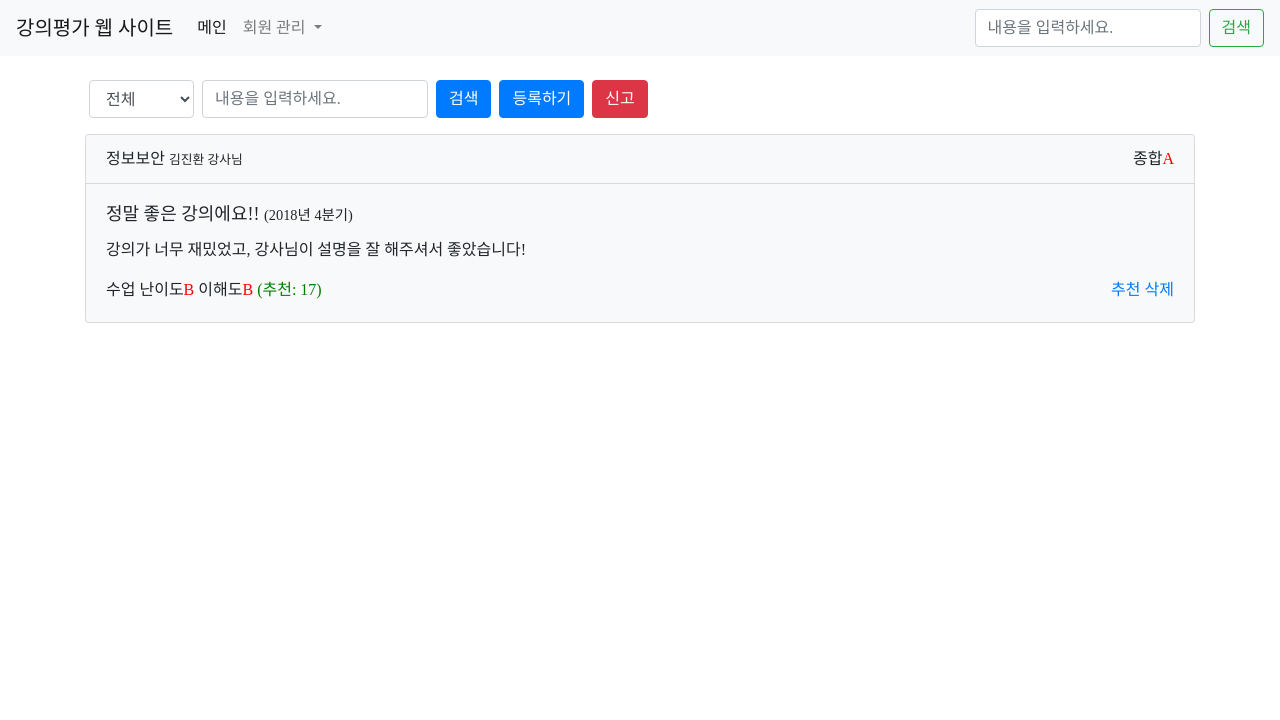
Repository: cldud5221/thdcldud
Page: http://localhost/info/
An editor plug-in stored every save of this project. The page is shown before and after the next save, followed by the edit.
The browser window is 1280 px wide. The pictures show the whole page.
Some web fonts or font styles are not loaded; a fallback is used. The page is served by Tomcat 9. Other server files are loaded and not shown.

Above is the page before, as saved 2019-07-09 11:23:24.

### info/WebContent/index.jsp
<%@ page language="java" contentType="text/html; charset=UTF-8" pageEncoding="UTF-8"%>
<!DOCTYPE html>
<html>
<head>
	<meta http-equiv="Content-Type" content="text/html; charset=UTF-8">
	<meta name="viewport" content="width=device-width, initial-scale=1, shrink-to-fit=no">
	<title> 강의 평가 웹 사이트   </title>
	<!-- 부트스트랩 CSS 추가하기 -->
	<link rel="stylesheet" href="./css/bootstrap.min.css">
	<!-- 커스텀 CSS 추가하기 -->
	<link rel="stylesheet" href="./css/custom.css">
</head>
<body>
	<nav class="navbar navbar-expand-lg navbar-light bg-light">
		<a class="navbar-brand" href="index.jsp"> 강의평가 웹 사이트</a>
		<button class="navbar-toggler" type="button" data-toggle="collapse" data-target="#navbar">
			<span class="navbar-toggler-icon"></span>
		</button>
		<div id="navbar" class="collapse navbar-collapse">
			<ul class="navbar-nav mr-auto">
				<li class="nav-item active">
					<a class="nav-link" href="index.jsp">메인</a>
				</li>
				<li class="nav-item dropdown">
					<a class="nav-link dropdown-toggle" id="dropdown" data-toggle="dropdown">
						회원 관리
					</a>
					<div class="dropdown-menu" aria-labelledby="dropdown">
						<a class="dropdown-item" href="#">로그인</a>
						<a class="dropdown-item" href="#">회원가입</a>
						<a class="dropdown-item" href="#">로그아웃</a>
					</div>
				</li>
			</ul>
			<form class="form-inline my-2 my-lg-0">
				<input class="form-control mr-sm-2" type="search" placeholder="내용을 입력하세요." aria-label="Search">
				<button class="btn btn-outline-success my-2 my-sm-0" type="submit">검색</button>
			</form>
		</div>
	</nav>
	<section class="container">
		<form method="get" action="./index.jsp" class="form-inline mt-3">
			<select name="lectureDivide" class="form-control mx-1 mt-2">
				<option value="전체">전체</option>
				<option value="보안">보안</option>
				<option value="자바">자바</option>
				<option value="웹 개발">웹 개발</option>
				<option value="네트워크]">네트워크</option>
			</select>
			<input type="text" name="search" class="form-control mx-1 mt-2" placeholder="내용을 입력하세요.">
			<button type="submit" class="btn btn-primary mx-1 mt-2">검색</button>
			<a class="btn btn-primary mx-1 mt-2" data-toggle="modal" href="#registerModal">등록하기</a>
			<a class="btn btn-danger mx-1 mt-2" data-toggle="modal" href="#reportModal">신고</a>
		</form>
		<div class="card bg-light mt-3">
			<div class="card-header bg-light">
				<div class="row">
					<div class="col-8 text-left">정보보안&nbsp;<small>김진환 강사님</small></div>
					<div class="col-4 text-right">
						종합<span style="color: red;">A</span>
					</div>
				</div>
			</div>
			<div class="card-body">
				<h5 class="card-title">
					정말 좋은 강의에요!!&nbsp;<small>(2018년 4분기)</small>
				</h5>
				<p class="card-text">강의가 너무 재밌었고, 강사님이 설명을 잘 해주셔서 좋았습니다!</p>
				<div class="row">
					<div class="col-9 text-left">
						수업 난이도<span style="color: red;">B</span>
						이해도<span style="color: red;">B</span>
						<span style="color: green;">(추천:  17)</span>
					</div>
					<div class="col-3 text-right">
						<a onclick="return comfirm('추천하시겠나요?')" href="./likeAction.jsp?evaluationID=">추천</a>
						<a onclick="return comfirm('삭제 하실껀가요?')" href="./deleteAction.jsp?evaluationID=">삭제</a>
					</div>
				</div>
			</div>
		</div>
	</section>
	<div class="modal fade" id="registerModal" tabindex="-1" role="dialog" aria-labelledby="modal" aria-hidden="true">
		<div class="modal-dialog">
			<div class="modal-content">
				<div class="modal-header">
					<h5 class="modal-title" id="modal">평가 등록</h5>
					<button type="button" class="close" data-dismiss="modal" aria-label="Close">
						<span aria-hidden="true">&times;</span>
					</button>
				</div>
				<div class="modal-body">
					<form action="./evaluationRegisterAction.jsp" method="post">
						<div class="form-row">
							<div class="form-group col-sm-6">
								<label>강의명</label>
								<input type="text" name="lectureName" class="form-control" maxlength="20">
							</div>
							<div class="form-group col-sm-6">
								<label>강사명</label>
								<input type="text" name="professorName" class="form-control" maxlength="20">
							</div>
						</div>
						<div class="form-row">
							<div class="form-group col-sm-4">
								<label>수강 연도</label>
								<select name="lectureYear" class="form-control">
									<option value="2010">2010</option>
									<option value="2011">2011</option>
									<option value="2012">2012</option>
									<option value="2013">2013</option>
									<option value="2014">2014</option>
									<option value="2015">2015</option>
									<option value="2016">2016</option>
									<option value="2017">2017</option>
									<option value="2018" selected>2018</option>
									<option value="2019">2019</option>
									<option value="2020">2020</option>
									<option value="2021">2021</option>
									<option value="2022">2022</option>
									<option value="2023">2023</option>
								</select>
							</div>
							<div class="form-group col-sm-4">
								<label>수강 분기</label>
								<select name="semesterDivide" class="form-control">
									<option value="1분기" selected>1분기</option>
									<option value="2분기">2분기</option>
									<option value="3분기">3분기</option>
									<option value="4분기">4분기</option>
								</select>
							</div>
							<div class="form-group col-sm-4">
								<label>강의 구분</label>
								<select name="lectureDivide" class="form-control">
									<option value="보안" selected>보안</option>
									<option value="자바">자바</option>
									<option value="웹 개발">웹 개발</option>
									<option value="네트워크">네트워크</option>
								</select>
							</div>
						</div>
						<div class="form-group">
							<label>제목</label>
							<input type="text" name="evaluationTime" class="form-control" maxlength="30">
						</div>
						<div class="form-group">
							<label>내용</label>
							<textarea name="evaluationContent" class="form-control" maxlength="1024" style="height: 120px;"></textarea>
						</div>
						<div class="form-row">
							<div class="form-group col-sm-3">
								<label>종합</label>
								<select name="totalScore" class="form-control">
									<option value="A" selected>A</option>
									<option value="B">B</option>
									<option value="C">C</option>
									<option value="D">D</option>
									<option value="F">F</option>
								</select>
							</div>
							<div class="form-group col-sm-3">
								<label>수업 난이도</label>
								<select name="creditScore" class="form-control">
									<option value="A" selected>A</option>
									<option value="B">B</option>
									<option value="C">C</option>
									<option value="D">D</option>
									<option value="F">F</option>
								</select>
							</div>
							<div class="form-group col-sm-3">
								<label>이해도</label>
								<select name="comfortableScore" class="form-control">
									<option value="A" selected>A</option>
									<option value="B">B</option>
									<option value="C">C</option>
									<option value="D">D</option>
									<option value="F">F</option>
								</select>
							</div>
						</div>
						<div class="modal-footer">
							<button type="button" class="btn btn-secondary" data-dismiss="modal">취소</button>
							<button type="submit" class="btn btn-primary">등록하기</button>
						</div>
					</form>
				</div>
			</div>
		</div>
	</div>
		<div class="modal fade" id="reportModal" tabindex="-1" role="dialog" aria-labelledby="modal" aria-hidden="true">
		<div class="modal-dialog">
			<div class="modal-content">
				<div class="modal-header">
					<h5 class="modal-title" id="modal">신고하기</h5>
					<button type="button" class="close" data-dismiss="modal" aria-label="Close">
						<span aria-hidden="true">&times;</span>
					</button>
				</div>
				<div class="modal-body">
					<form action="./reportAction.jsp" method="post">
						<div class="form-group">
							<label>신고 제목</label>
							<input type="text" name="reportTitle" class="form-control" maxlength="30">
						</div>
						<div class="form-group">
							<label>신고 내용</label>
							<textarea name="reportContent" class="form-control" maxlength="1024" style="height: 120px;"></textarea>
						</div>
						<div class="modal-footer">
							<button type="button" class="btn btn-secondary" data-dismiss="modal">취소</button>
							<button type="submit" class="btn btn-danger">신고하기</button>
						</div>
					</form>
				</div>
			</div>
		</div>
	</div>
	<!-- 제이쿼리 자바스크립트 추가하기 -->
	<script src="./js/jquery.min.js"></script>
	<!-- 파퍼 자바스크립트 추가하기 -->
	<script src="./js/pooper.js"></script>
	<!-- 부트스트랩 자바스크립트 추가하기 -->
	<script src="./js/bootstrap.min.js"></script>
</body>
</html>

### info/WebContent/css/custom.css
@import url(https://fonts.googleapis.com/earlyaccess/jejugothic.css);
@import url(https://fonts.googleapis.com/earlyaccess/nanumgothic.css);
.navbar-brand, h1, h2, h3, h4 {
	font-family: 'Jeju Gothic';
}
h5 {
	font-family: 'Jeju Gothic';
	font-size: 18px;
}
body {
	font-family: 'Nanum Gothic';
}

Loaded but not shown: info/WebContent/css/bootstrap.min.css (library); info/WebContent/js/jquery.min.js (library); info/WebContent/js/pooper.js (library); info/WebContent/js/bootstrap.min.js (library)

After the next save:
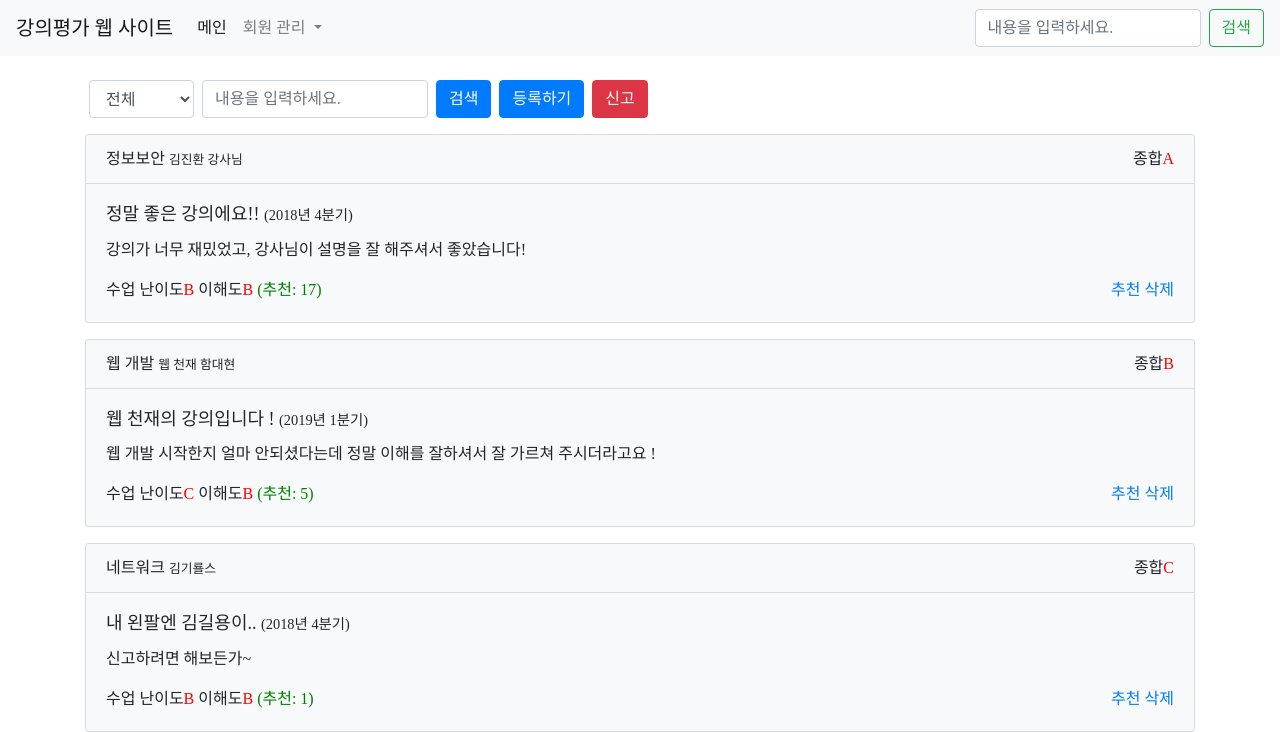
Saved 19 min 40 s later.
--- a/info/WebContent/index.jsp
+++ b/info/WebContent/index.jsp
@@ -79,6 +79,70 @@
 				</div>
 			</div>
 		</div>
+
+
+				<div class="card bg-light mt-3">
+			<div class="card-header bg-light">
+				<div class="row">
+					<div class="col-8 text-left">웹 개발&nbsp;<small>웹 천재 함대현</small></div>
+					<div class="col-4 text-right">
+						종합<span style="color: red;">B</span>
+					</div>
+				</div>
+			</div>
+			<div class="card-body">
+				<h5 class="card-title">
+					웹 천재의 강의입니다 !&nbsp;<small>(2019년 1분기)</small>
+				</h5>
+				<p class="card-text">웹 개발 시작한지 얼마 안되셨다는데 정말 이해를 잘하셔서 잘 가르쳐 주시더라고요 !</p>
+				<div class="row">
+					<div class="col-9 text-left">
+						수업 난이도<span style="color: red;">C</span>
+						이해도<span style="color: red;">B</span>
+						<span style="color: green;">(추천:  5)</span>
+					</div>
+					<div class="col-3 text-right">
+						<a onclick="return comfirm('추천하시겠나요?')" href="./likeAction.jsp?evaluationID=">추천</a>
+						<a onclick="return comfirm('삭제 하실껀가요?')" href="./deleteAction.jsp?evaluationID=">삭제</a>
+					</div>
+				</div>
+			</div>
+		</div>
+
+
+
+				<div class="card bg-light mt-3">
+			<div class="card-header bg-light">
+				<div class="row">
+					<div class="col-8 text-left">네트워크&nbsp;<small>김기룔스</small></div>
+					<div class="col-4 text-right">
+						종합<span style="color: red;">C</span>
+					</div>
+				</div>
+			</div>
+			<div class="card-body">
+				<h5 class="card-title">
+					내 왼팔엔 김길용이..&nbsp;<small>(2018년 4분기)</small>
+				</h5>
+				<p class="card-text">신고하려면 해보든가~</p>
+				<div class="row">
+					<div class="col-9 text-left">
+						수업 난이도<span style="color: red;">B</span>
+						이해도<span style="color: red;">B</span>
+						<span style="color: green;">(추천:  1)</span>
+					</div>
+					<div class="col-3 text-right">
+						<a onclick="return comfirm('추천하시겠나요?')" href="./likeAction.jsp?evaluationID=">추천</a>
+						<a onclick="return comfirm('삭제 하실껀가요?')" href="./deleteAction.jsp?evaluationID=">삭제</a>
+					</div>
+				</div>
+			</div>
+		</div>
+
+
+
+
+
 	</section>
 	<div class="modal fade" id="registerModal" tabindex="-1" role="dialog" aria-labelledby="modal" aria-hidden="true">
 		<div class="modal-dialog">
